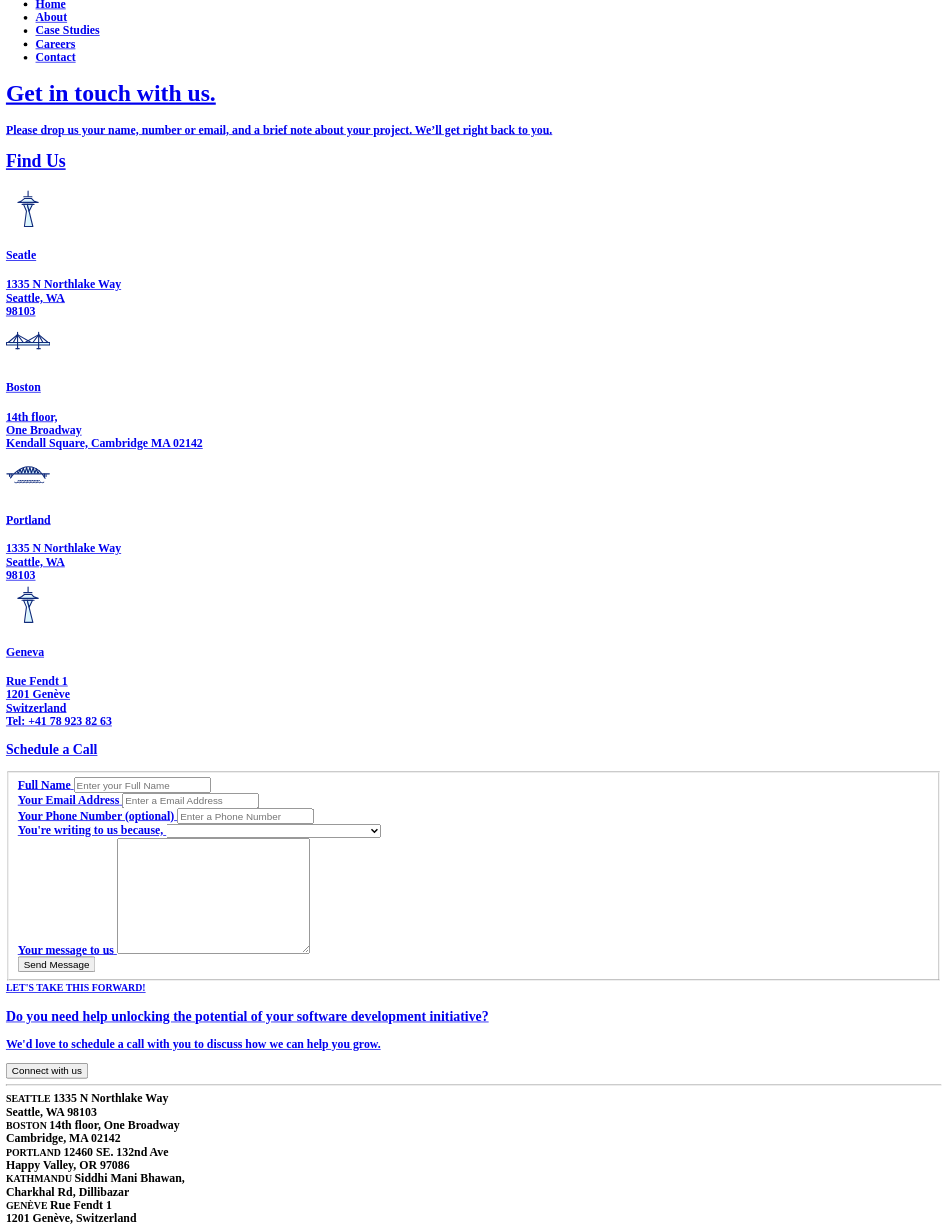
Repository: bhattaraib58/eighstages-lf-design
Page: Assignment 1/html example of website/index.html
These files come from the project's save history. The page is drawn as it stood at one moment and after the next save; the edit follows.
The browser window is 1280 px wide. The pictures show the part of the page from y = 410 to 2073 px (the page is 2073 px tall), at 74% of full size.
A picture or video elsewhere on the page could not be fetched, so the positions and the page height are approximate.

Above is the page before, as saved 2019-06-06 08:56:35.

### Assignment 1/html example of website/index.html
<!DOCTYPE html>
<html lang="en">

<head>
    <meta charset="UTF-8">
    <meta name="viewport" content="width=device-width, initial-scale=1.0">
    <meta http-equiv="X-UA-Compatible" content="ie=edge">
    <title>Document</title>
</head>

<body>
    <!-- container -->
    <div>
        <!-- heading -->
        <div>
            <!-- phone and address -->
            <div>
                <ul>
                    <li><a href="#">Agumented Blog</a></li>
                    <li><a href="tel:1234560"><i class="fa fa-phone" aria-hidden="true"></i>+12345678</a></li>
                    <li><a href="mailto:hello.gmail.com"><i class="fa fa-envelope"
                                aria-hidden="true"></i>hello@gmail.com</a></li>
                </ul>
            </div>
            <!-- menu -->
            <div>
                <div>
                    <img src="image/logo_leapfrog.svg" alt="Lapfrog Logo">
                </div>
                <div>
                    <ul>
                        <li><a href="#"><strong>Home</strong></a></li>
                        <li><a href="#"><strong>About</strong></a></li>
                        <li><a href="#"><strong>Case Studies</strong></li>
                        <li><a href="#"><strong>Careers</strong></li>
                        <li><a href="#"><strong>Contact</stro/a></li>
                    </ul>
                </div>
            </div>
        </div>
        <!-- body -->
        <div>
            <!-- info -->
            <div>
                <h1>Get in touch with us.</h1>
                <p>Please drop us your name, number or email, and a brief note about your project. We’ll get right back
                    to you.</p>
            </div>
            <div>
                <!-- location info -->
                <div>
                    <h2>Find Us</h2>
                    <!-- seatle -->
                    <div>
                        <img src="image/location_seattle.svg" alt="seatle">
                        <h4>Seatle</h4>
                        1335 N Northlake Way
                        <br />
                        Seattle, WA
                        <br />
                        98103
                    </div>
                    <!-- Boston -->
                    <div>
                        <img src="image/location_boston.svg" alt="Boston">
                        <h4>Boston</h4>
                        14th floor,
                        <br />
                        One Broadway
                        <br />
                        Kendall Square, Cambridge MA 02142
                    </div>
                    <!-- Portland -->
                    <div>
                        <img src="image/location_portland.svg" alt="Portland">
                        <h4>Portland</h4>
                        1335 N Northlake Way
                        <br />
                        Seattle, WA
                        <br />
                        98103
                    </div>
                    <!-- seatle -->
                    <div>
                        <img src="image/location_seattle.svg" alt="seatle">
                        <h4>Geneva</h4>
                        Rue Fendt 1
                        <br />
                        1201 Genève
                        <br />
                        Switzerland
                        <br />
                        Tel: +41 78 923 82 63
                    </div>
                </div>
                <!-- contact form -->
                <div>
                    <h3>Schedule a Call</h3>
                    <form action="#">
                        <fieldset>
                            <!-- 12 -->
                            <div>
                                <label>
                                    <span>Full Name</span>
                                    <input type="text" name="Full-name" placeholder="Enter your Full Name">
                                </label>
                            </div>
                            <!-- 6 -->
                            <div>
                                <label>
                                    <span>Your Email Address</span>
                                    <input type="text" name="Email" placeholder="Enter a Email Address">
                                </label>
                            </div>
                            <!-- 6 -->
                            <div>
                                <label>
                                    <span>Your Phone Number (optional)</span>
                                    <input type="text" name="Contact" placeholder="Enter a Phone Number">
                                </label>
                            </div>
                            <!-- 12 -->
                            <div>
                                <label>
                                    <span>You're writing to us because,</span>
                                    <select name="Reason">
                                        <option></option>
                                        <option value="Inrested in Building Project">You're interested in building a
                                            product with us</option>
                                        <option value="Hire Our Team">You want to hire our engineering team</option>
                                        <option value="Become a Leapfrogger">You want to become a Leapfrogger</option>
                                    </select>
                                </label>
                            </div>

                            <!-- 12 -->
                            <div>
                                <label>
                                    <span>Your message to us</span>
                                    <textarea name="Message" cols="30" rows="10"></textarea>
                                </label>
                            </div>
                            <!-- 12 -->
                            <div>
                                <!-- captcha -->
                            </div>
                            <!-- 12 -->
                            <div>
                                <button type="submit">Send Message</button>
                            </div>
                        </fieldset>
                    </form>
                </div>
            </div>
        </div>
        <!-- footer -->
        <div>
            <!-- footer info -->
            <div>
                <small>LET'S TAKE THIS FORWARD!</small>
                <h3>
                    Do you need help unlocking the potential of your software development initiative?
                </h3>
                <p>We'd love to schedule a call with you to discuss how we can help you grow.</p>
                <a href="#">
                    <button>Connect with us</button>
                </a>
            </div>
            <hr>
            <!-- places of our office -->
            <!-- 12 -->
            <div>
                <!-- 2 -->
                <div>
                    <small>
                        <strong>
                            SEATTLE
                        </strong>
                    </small>
                    <span>
                        1335 N Northlake Way
                        <br>
                        Seattle, WA 98103
                    </span>
                </div>
                <!-- 2 -->
                <div>
                    <small>
                        <strong>
                            BOSTON
                        </strong>
                    </small>
                    <span>
                        14th floor, One Broadway
                        <br />
                        Cambridge, MA 02142
                    </span>
                </div>

                <!-- 2 -->
                <div>
                    <small>
                        <strong>
                            PORTLAND
                        </strong>
                    </small>
                    <span>
                        12460 SE. 132nd Ave
                        <br>
                        Happy Valley, OR 97086
                    </span>
                </div>
                <!-- 2 -->
                <div>
                    <small>
                        <strong>
                            KATHMANDU
                        </strong>
                    </small>
                    <span>
                        Siddhi Mani Bhawan,
                        <br>
                        Charkhal Rd, Dillibazar
                    </span>
                </div>

                <!-- 2 -->
                <div>
                    <small>
                        <strong>
                            GENÈVE
                        </strong>
                    </small>
                    <span>
                        Rue Fendt 1
                        <br>
                        1201 Genève, Switzerland
                    </span>
                </div>
            </div>
        </div>

    </div>
</body>

</html>

After the next save:
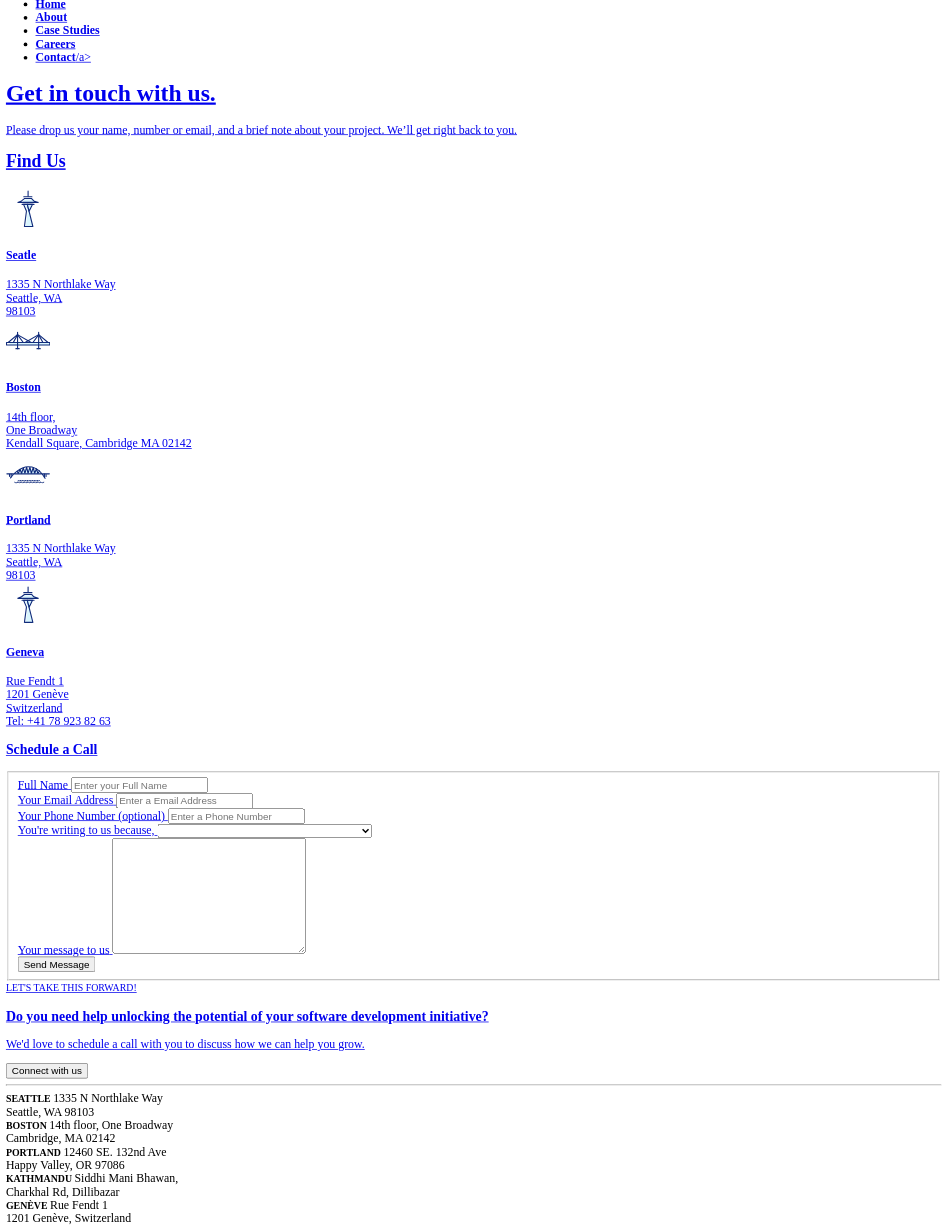
Saved 18 s later.
--- a/Assignment 1/html example of website/index.html
+++ b/Assignment 1/html example of website/index.html
@@ -33,7 +33,7 @@
                         <li><a href="#"><strong>About</strong></a></li>
                         <li><a href="#"><strong>Case Studies</strong></li>
                         <li><a href="#"><strong>Careers</strong></li>
-                        <li><a href="#"><strong>Contact</stro/a></li>
+                        <li><a href="#"><strong>Contact</strong>/a></li>
                     </ul>
                 </div>
             </div>
